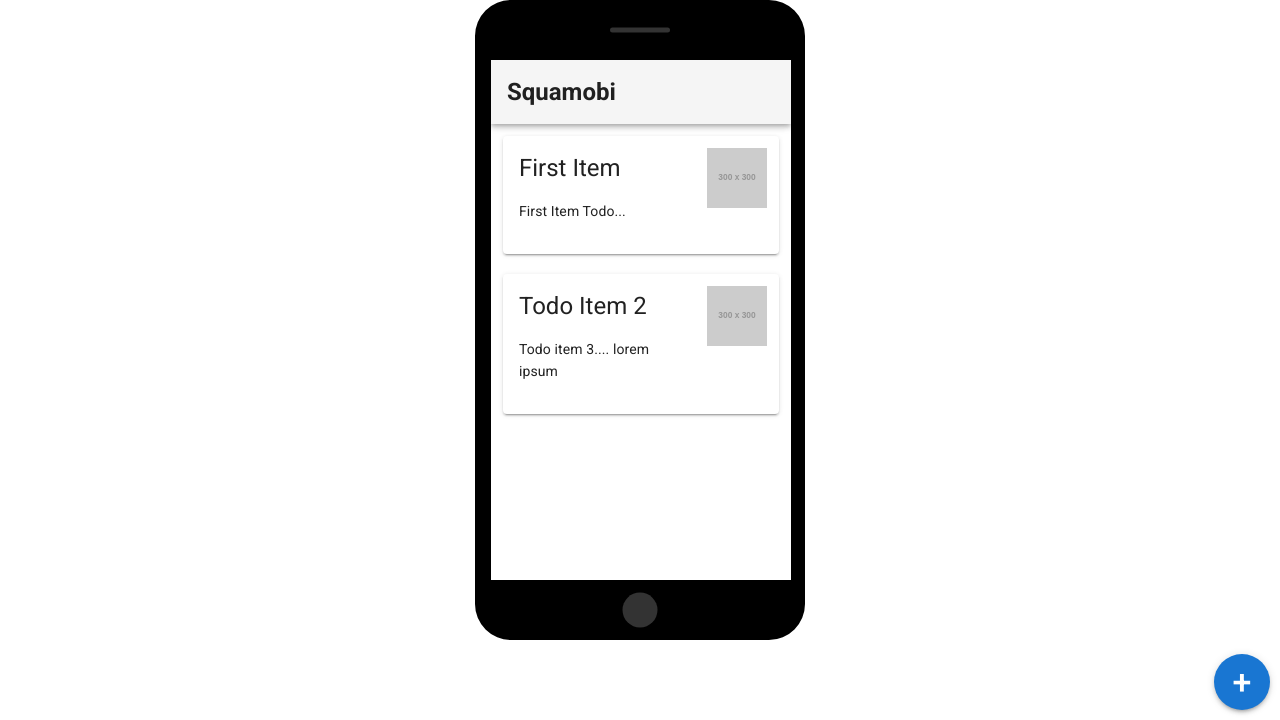
Repository: Keepnox/squamobi-interview
Page: /
An editor plug-in stored every save of this project. The page is shown before and after a run of saves, followed by the edit.
The browser window is 1280 px wide. The pictures show the whole page.
The project was rebuilt for these pictures with package versions that can differ from the ones it lists, and the page was loaded fresh each time. Also part of the build but not shown: vue.config.js. Imported but missing from the stored project, and not drawn on this page: src/views/About.vue.

Above is the page before, as saved 2022-01-16 01:38:26.

After the next 2 saves:
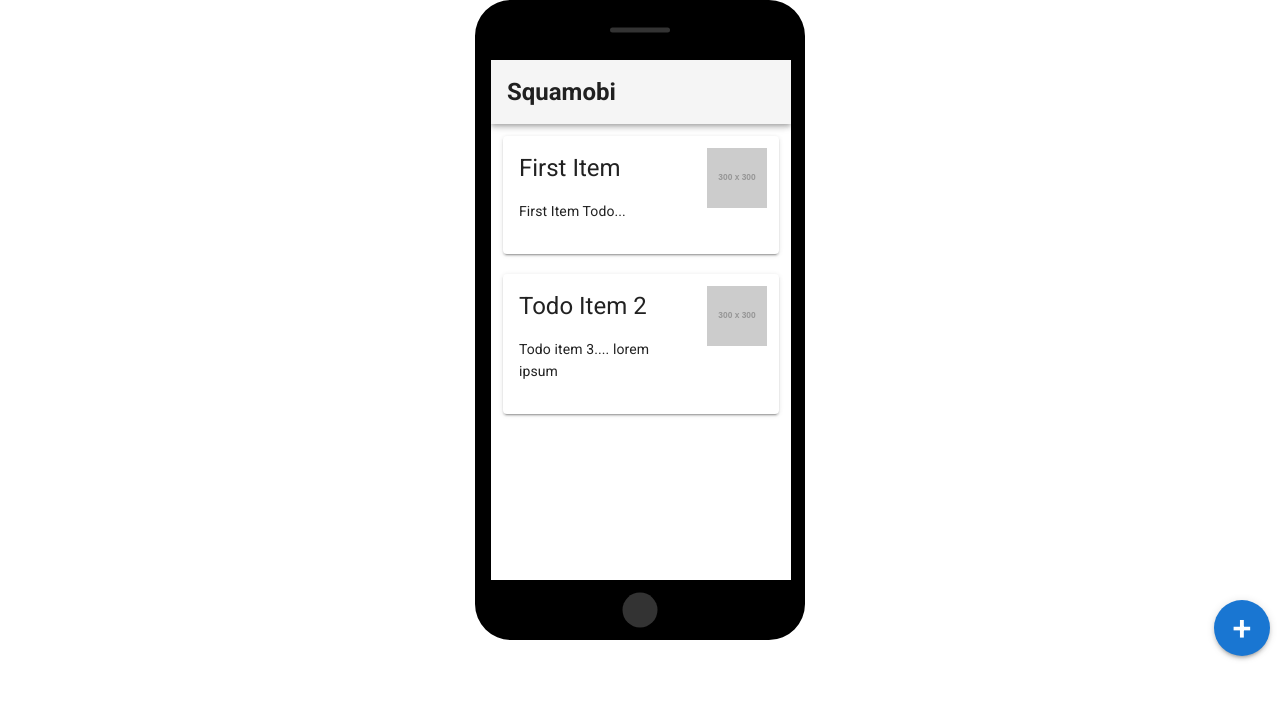
The 2 saves are shown as one change because they came seconds apart.
The last was saved 18 s later.
--- a/src/views/Home.vue
+++ b/src/views/Home.vue
@@ -120,7 +120,7 @@ export default {
 .add-button {
   position: fixed;
   right: 10px;
-  bottom: 10px;
+  top: 600px;
 }
 .popup {
   position: absolute;
